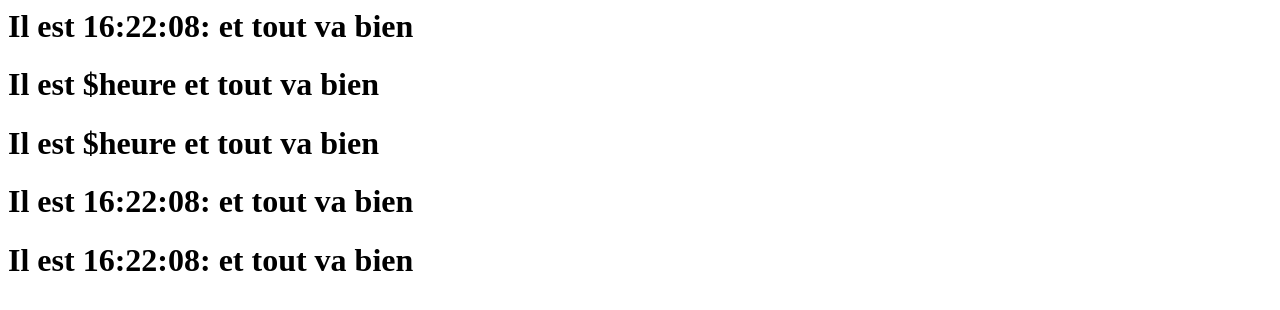
Repository: QuentinFayt/base-php-2021
Page: http://localhost/ouverture php+heure du serveur_exercice.php
An editor plug-in stored every save of this project. The page is shown before and after the next save, followed by the edit.
The browser window is 1280 px wide. The pictures show the whole page.
The page is run by PHP 8.4 with error messages shown; the project is at /var/www/html/.

Above is the page before, as saved 2021-07-05 14:43:34.

After the next save:
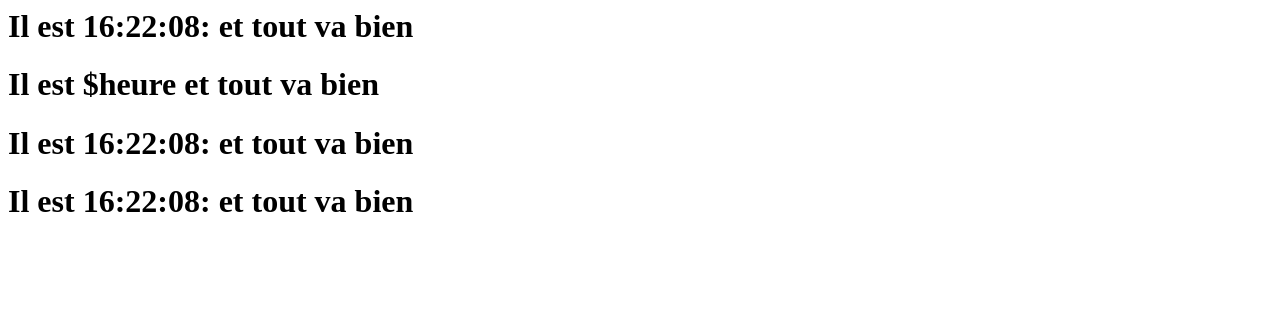
Saved 11 s later.
--- a/ouverture php+heure du serveur_exercice.php
+++ b/ouverture php+heure du serveur_exercice.php
@@ -4,6 +4,5 @@ $heure = date("H:i:s:");
 
 echo "<h1>Il est $heure et tout va bien</h1>";
 echo '<h1>Il est $heure et tout va bien</h1>';
-echo '<h1>Il est $heure et tout va bien</h1>';
 echo '<h1>Il est '.$heure.' et tout va bien</h1>';
 echo '<h1>Il est ',$heure,' et tout va bien</h1>';
